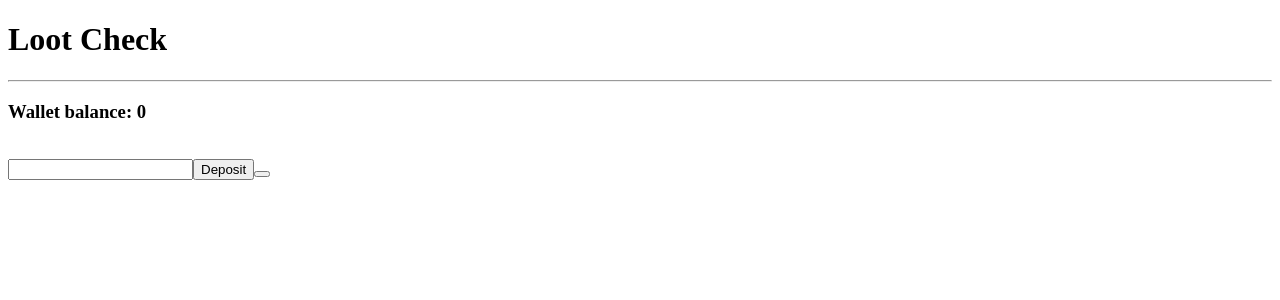
Repository: kosach/lootcheck
Page: /
These files come from the project's save history. The page is drawn as it stood at one moment and after the next save; the edit follows.
The browser window is 1280 px wide. The pictures show the whole page.
The project was rebuilt for these pictures with package versions that can differ from the ones it lists, and the page was loaded fresh each time.

Above is the page before, as saved 2017-10-19 16:13:03.

### src/index.js
import React from "react";
import { render } from "react-dom";
import { createStore } from 'redux'
import { Provider } from "react-redux";
import rootReducer from "./reducers/balance";
import App from "./components/App";

const store = createStore(rootReducer);
render(
  <Provider store={store}>
    <App />
  </Provider>,
  document.getElementById('root')
);

### src/reducers/balance.js
import * as constants from '../actions/constants';

const balance = ( state = 0, action) => {
  switch (action.type) {
    case constants.SET_BALANCE:
      return action.balance;
    case constants.DEPOSIT:
      return state + action.deposit;
    case constants.WITHDRAW:
      return state - action.withdrawal;
    default:
      return state;
  }
}

export default balance;

### src/components/App.jsx
import React, { Component } from 'react';
import Wallet from './Wallet';

class App extends Component {
  render() {
    return (
      <div>
        <h1>Loot Check</h1>
        <hr />
        <Wallet />
      </div>
    );
  }
}

export default App;

### src/actions/constants.js
export const SET_BALANCE = 'SET_BALANCE';
export const DEPOSIT = 'DEPOSIT';
export const WITHDRAW = 'WITHDRAW';

### src/components/Wallet.jsx
import React, { Component } from 'react';
import { connect } from 'react-redux';
import { deposit, withdraw } from '../actions/balance';

export class Wallet extends Component {
  constructor() {
    super();
    this.state = {
      balance: undefined,
    };
  }
  updateBalance = event =>
    this.setState({balance: event.target.value});
  deposit = () => this.props.deposit(parseInt(this.state.balance, 10));
  withdraw = () => this.props.withdraw(this.state.balance);
  render () {
    return(
      <div>
        <h3 className='balance'>Wallet balance: {this.props.balance}</h3>
        <br />
        <input
          className="input-wallet"
          onChange={this.updateBalance}
        />
        <button
          onClick={this.deposit}
          className="btn-deposit"
        >
          Deposit
        </ button>
        <button
          className="btn-withdraw"
          onClick={this.withdraw}
        ></button>
      </div>
    )
  }
}

export default connect( state => { return { balance: state } }, { deposit, withdraw })(Wallet);

### src/actions/balance.js
import * as constants from './constants';
export const setBalance = balance => {
  return {
    type:constants.SET_BALANCE,
    balance,
  }
}

export const deposit = deposit => {
  return {
    type: constants.DEPOSIT,
    deposit,
  }
}
export const withdraw = withdrawal => {
  return {
    type: constants.WITHDRAW,
    withdrawal,
  }
}

Loaded but not shown: public/index.html (common file)

After the next save:
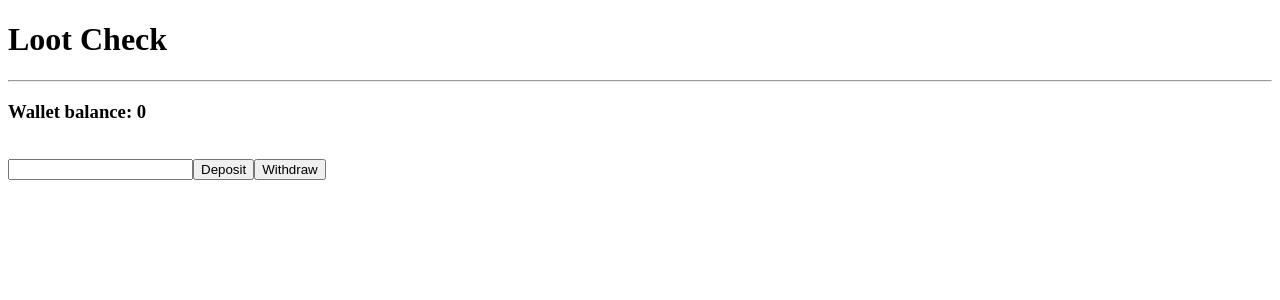
Saved 25 s later.
--- a/src/components/Wallet.jsx
+++ b/src/components/Wallet.jsx
@@ -31,7 +31,9 @@ export class Wallet extends Component {
         <button
           className="btn-withdraw"
           onClick={this.withdraw}
-        ></button>
+        >
+          Withdraw
+        </button>
       </div>
     )
   }
